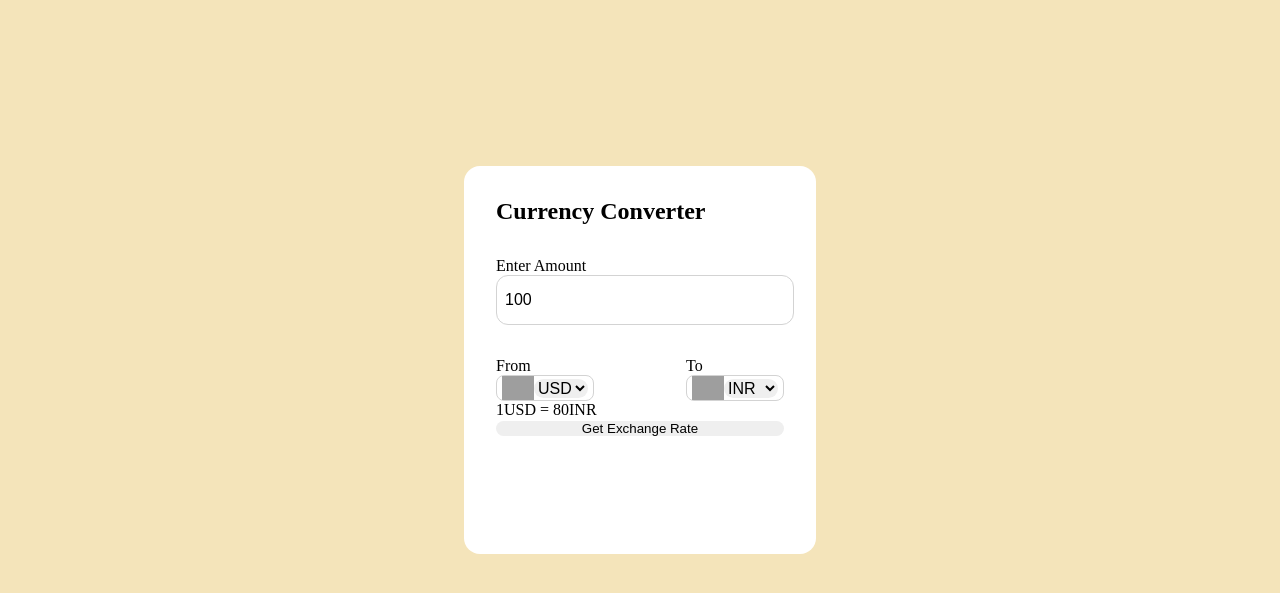
Repository: Kunal-Rajput76/currency-converter
Page: index.html
The author's editor kept a copy of each file at every save. The page is drawn from the files as they stood at one save, then again after a run of saves.
The browser window is 1280 px wide. The pictures show the whole page.
Pictures or frames that could not be fetched are drawn as grey boxes.

Above is the page before, as saved 2025-10-18 11:37:21.

### index.html
<!DOCTYPE html>
<html lang="en">
<head>
    <meta charset="UTF-8">
    <meta name="viewport" content="width=device-width, initial-scale=1.0">
    <title>Currency Converter</title>
    <link rel="stylesheet" href="style.css">
</head>
<body>
    <div class="container">
        <h2>Currency Converter</h2>
        <form >
            <div class="amount">
                <p>Enter Amount</p>
                <input value="100" type="text"/>
            </div>
            <div class="dropdown">
                <div class="from">
                    <p>From</p>
                    <div class="select-container">
                        <img src="https://flagsapi.com/US/flat/64.png">
                        <select name="from">
                            <option value="USD">USD</option>
                             <option value="INR">INR</option>
                              <option value="EUR">EUR</option>
                               <option value="AUD">AUD</option>
                        </select>
                    </div>
                </div>
                <i class="fa-solid fa-arrow-right-arrow-left"></i>
                <div class="to">
                    <p>To</p>
                    <div class="select-container">
                        <img src="https://flagsapi.com/IN/flat/64.png">
                        <select name="from">
                            <option value="USD">USD</option>
                             <option value="INR" selected>INR</option>
                              <option value="EUR">EUR</option>
                               <option value="AUD">AUD</option>
                        </select>
                    </div>
                </div>
            </div>
            <div class="msg">1USD = 80INR</div>
            <button>Get Exchange Rate </button>
        </form>
    </div>
</body>
</html>

### style.css
*{
    margin: 0;
    padding: 0;
}

body{
    display: flex;
    justify-content: center;
    align-items: center;
    min-height: 100vh;
    background-color: #f4e4ba;
}

.container{
    background-color: #fff;
    padding: 2rem;
    border-radius: 1rem;
    min-height: 45vh;
    width: 40vh;
}

form {
    margin: 2rem 0 1rem 0;
}

form select,button, input{
    width: 100%;
    border: none;
    outline: none;
    border-radius: 0.75rem;
}

form input{
    border: 1px solid lightgray;
    font-size: 1rem;
    height: 3rem;
    padding-left: 0.5rem;
}
.dropdown{
    display: flex;
    justify-content: space-between;
    align-items: center;
    margin-top: 2rem;
}
.select-container i{
    max-width: 2rem;
}

.select-container img{
    max-width: 2rem;
}

.select-container select{
    font-size: 1rem;
    width: auto;
}

.select-container {
    display: flex;
    justify-content: center;
    align-items: center;
    width: 6rem;
    border-radius: 0.5rem;
    border: 1px solid lightgray;
}

.msg {
    margin: ;
}

After the next 5 saves:
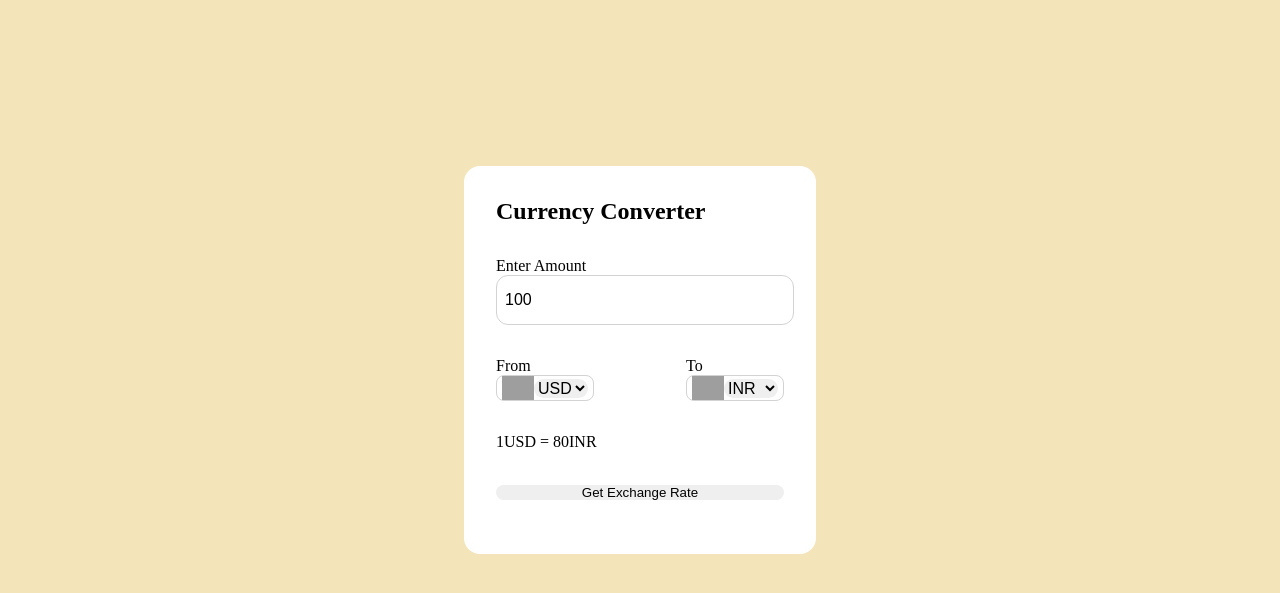
The 5 saves are shown as one change because they came seconds apart.
The last was saved 13 s later.
--- a/style.css
+++ b/style.css
@@ -65,5 +65,5 @@ form input{
 }
 
 .msg {
-    margin: ;
+    margin: 2rem 0 2rem 0;
 }
